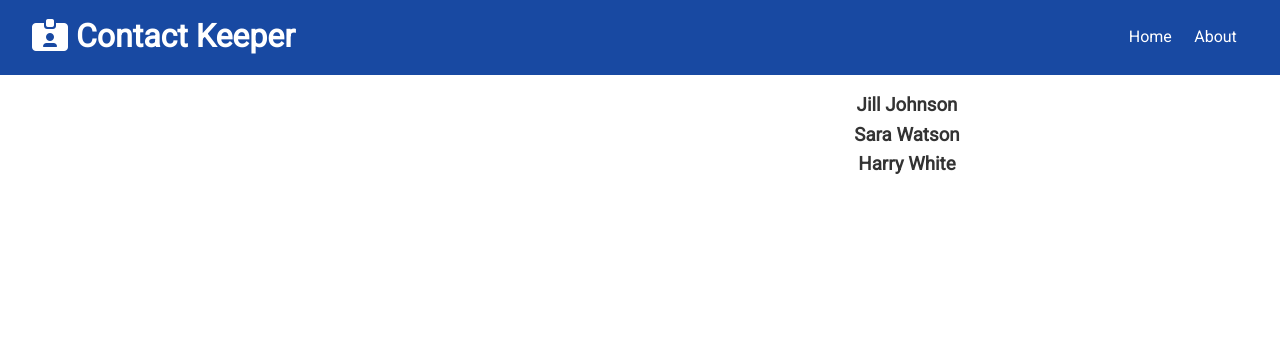
Repository: michaelm602623/contactKeeper
Page: / (app in client/)
These files come from the project's save history. The page is drawn as it stood at one moment and after a run of saves; the edit follows.
The browser window is 1280 px wide. The pictures show the whole page.
Some web libraries are served in a nearby version. The project was rebuilt for these pictures with package versions that can differ from the ones it lists, and the page was loaded fresh each time. A package was used in the major version that the imports need, not the one package.json lists. Also part of the build but not shown: client/src/components/pages/About.js.

Above is the page before, as saved 2019-11-21 11:53:12.

### client/public/index.html
<!DOCTYPE html>
<html lang="en">
  <head>
    <meta charset="utf-8" />
    <link rel="icon" href="%PUBLIC_URL%/favicon.ico" />
    <meta name="viewport" content="width=device-width, initial-scale=1" />
    <meta name="theme-color" content="#000000" />
    <meta
      name="description"
      content="Web site created using create-react-app"
    />
    <link rel="apple-touch-icon" href="logo192.png" />
    <script src="https://kit.fontawesome.com/cdce8a0938.js" crossorigin="anonymous"></script>
    <link rel="manifest" href="%PUBLIC_URL%/manifest.json" />

    <title>Contact-Keeper</title>
  </head>
  <body>
    <noscript>You need to enable JavaScript to run this app.</noscript>
    <div id="root"></div>
  </body>
</html>

### client/src/App.js
import React, { Fragment } from "react";
import { BrowserRouter as Router, Route, Switch } from "react-router-dom";
import Navbar from "./components/layout/Navbar";
import Home from "./components/pages/Home";
import About from "./components/pages/About";

import ContactState from "./context/contact/ContactState";
import "./App.css";

const App = () => {
  return (
    <ContactState>
      <Router>
        <Fragment>
          <Navbar />
          <div className='container'>
            <Switch>
              <Route exact path='/' component={Home} />
              <Route exact path='/about' component={About} />
            </Switch>
          </div>
        </Fragment>
      </Router>
    </ContactState>
  );
};

export default App;

### client/src/components/layout/Navbar.js
import React from "react";
import PropTypes from "prop-types";
import { Link } from "react-router-dom";

export const Navbar = ({ title, icon }) => {
  return (
    <div className='navbar bg-primary'>
      <h1>
        <i className={icon} /> {title}
      </h1>
      <ul>
        <li>
          <Link to='/'>Home</Link>
        </li>
        <li>
          <Link to='/about'>About</Link>
        </li>
      </ul>
    </div>
  );
};

Navbar.propTypes = {
  title: PropTypes.string.isRequired,
  icon: PropTypes.string
};

Navbar.defaultProps = {
  title: "Contact Keeper",
  icon: "fas fa-id-card-alt"
};

export default Navbar;

### client/src/components/pages/Home.js
import React from "react";
import Contacts from '../contacts/Contacts';

const Home = () => {
  return (
    <div className="grid-2">
      <div>
        {/* ContactForm */}
      </div>
      <div>
        <Contacts />
      </div>
    </div>
  );
};

export default Home;

### client/src/context/contact/ContactState.js
import React, { useReducer } from "react";
import uuid from "uuid";
import ContactContext from "./contactContext";
import contactReducer from "./contactReducer";
import {
  ADD_CONTACT,
  DELETE_CONTACT,
  SET_CURRENT,
  CLEAR_CURRENT,
  UPDATE_CONTACT,
  FILTER_CONTACTS,
  CLEAR_FILTER
} from "../types";

const ContactState = props => {
  const initialState = {
    contacts: [
      {
        id: 1,
        name: "Jill Johnson",
        email: "jill@gmail.com",
        phone: "111-111-1111",
        type: "personal"
      },
      {
        id: 2,
        name: "Sara Watson",
        email: "sara@gmail.com",
        phone: "222-222-2222",
        type: "personal"
      },
      {
        id: 3,
        name: "Harry White",
        email: "harry@gmail.com",
        phone: "333-333-3333",
        type: "professional"
      }
    ]
  };

  const [state, dispatch] = useReducer(contactReducer, initialState);

  //   Add Contact

  // Delete Contact

  // Set Current Contact

  // Clear Current Contact

  // Update Contact

  // Filter Contacts

  // Clear Filter

  return (
    <ContactContext.Provider
      value={{
        contacts: state.contacts
      }}
    >
      {props.children}
    </ContactContext.Provider>
  );
};

export default ContactState;

### client/src/App.css
@import url('https://fonts.googleapis.com/css?family=Roboto');



/* Global Styles */

:root {

  --primary-color: #003699;

  --dark-color: #333333;

  --light-color: #f4f4f4;

  --danger-color: #dc3545;

  --success-color: #28a745;

}



* {

  box-sizing: border-box;

  margin: 0;

  padding: 0;

}



body {

  font-family: 'Roboto', sans-serif;

  font-size: 1rem;

  line-height: 1.6;

  background-color: #fff;

  color: #333;

}



a {

  color: var(--primary-color);

  text-decoration: none;

}



a:hover {

  color: #666;

}



ul {

  list-style: none;

}



img {

  width: 100%;

}



/* Utilities */

.container {

  max-width: 1100px;

  margin: auto;

  overflow: hidden;

  padding: 0 2rem;

}



/* Text Styles*/

.x-large {

  font-size: 4rem;

  line-height: 1.2;

  margin-bottom: 1rem;

}



.large {

  font-size: 3rem;

  line-height: 1.2;

  margin-bottom: 1rem;

}



.lead {

  font-size: 1.5rem;

  margin-bottom: 1rem;

}



.text-center {

  text-align: center;

}



.text-primary {

  color: var(--primary-color);

}



.text-dark {

  color: var(--dark-color);

}



.text-center {

  text-align: center;

}



.text-right {

  text-align: right;

}



.text-left {

  text-align: left;

}



/* Cards */

.card {

  padding: 1rem;

  border: #ccc 1px dotted;

  margin: 0.7rem 0;

}



/* List */

.list {

  margin: 0.5rem 0;

}



.list li {

  padding-bottom: 0.3rem;

}



/* Padding */

.p {

  padding: 0.5rem;

}

.p-1 {

  padding: 1rem;

}

.p-2 {

  padding: 2rem;

}

.p-3 {

  padding: 3rem;

}

.py {

  padding: 0.5rem 0;

}

.py-1 {

  padding: 1rem 0;

}

.py-2 {

  padding: 2rem 0;

}

.py-3 {

  padding: 3rem 0;

}



/* Margin */

.m {

  margin: 0.5rem;

}

.m-1 {

  margin: 1rem;

}

.m-2 {

  margin: 2rem;

}

.m-3 {

  margin: 3rem;

}

.my {

  margin: 0.5rem 0;

}

.my-1 {

  margin: 1rem 0;

}

.my-2 {

  margin: 2rem 0;

}

.my-3 {

  margin: 3rem 0;

}



/* Grid */

.grid-2 {

  display: grid;

  grid-template-columns: repeat(2, 1fr);

  grid-gap: 2rem;

}



.grid-3 {

  display: grid;

  grid-template-columns: repeat(3, 1fr);

  grid-gap: 1rem;

}



.grid-4 {

  display: grid;

  grid-template-columns: repeat(4, 1fr);

  grid-gap: 2rem;

}



.grid-2-3 {

  display: grid;

  grid-template-columns: 2fr 3fr;

  grid-gap: 2rem;

}



.btn {

  display: inline-block;

  background: var(--light-color);

  color: #333;

  padding: 0.4rem 1.3rem;

  font-size: 1rem;

  border: none;

  cursor: pointer;

  margin-right: 0.5rem;

  transition: opacity 0.2s ease-in;

  outline: none;

}



.btn-link {

  background: none;

  padding: 0;

  margin: 0;

}



.btn-block {

  display: block;

  width: 100%;

}



.btn-sm {

  font-size: 0.8rem;

  padding: 0.3rem 1rem;

  margin-right: 0.2rem;

}



.badge {

  font-size: 0.8rem;

  padding: 0.2rem 0.7rem;

  text-align: center;

  margin: 0.3rem;

  background: var(--light-color);

  color: #333;

  border-radius: 5px;

}



.alert {

  padding: 0.7rem;

  margin: 1rem 0;

  opacity: 0.9;

  background: var(--light-color);

  color: #333;

}



.btn-primary,

.bg-primary,

.badge-primary,

.alert-primary {

  background: var(--primary-color);

  color: #fff;

}



.btn-light,

.bg-light,

.badge-light,

.alert-light {

  background: var(--light-color);

  color: #333;

}



.btn-dark,

.bg-dark,

.badge-dark,

.alert-dark {

  background: var(--dark-color);

  color: #fff;

}



.btn-danger,

.bg-danger,

.badge-danger,

.alert-danger {

  background: var(--danger-color);

  color: #fff;

}



.btn-success,

.bg-success,

.badge-success,

.alert-success {

  background: var(--success-color);

  color: #fff;

}



.btn-white,

.bg-white,

.badge-white,

.alert-white {

  background: #fff;

  color: #333;

  border: #ccc solid 1px;

}



.btn:hover {

  opacity: 0.8;

}



.bg-light,

.badge-light {

  border: #ccc solid 1px;

}



.round-img {

  border-radius: 50%;

}



/* Forms */

input {

  margin: 1.2rem 0;

}



.form-text {

  display: block;

  margin-top: 0.3rem;

  color: #888;

}



input[type='text'],

input[type='email'],

input[type='password'],

input[type='date'],

select,

textarea {

  display: block;

  width: 100%;

  padding: 0.4rem;

  font-size: 1.2rem;

  border: 1px solid #ccc;

}



input[type='submit'],

button {

  font: inherit;

}



.form-group {

  margin: 1.2rem 0;

}



.form-group input {

  margin: 0.2rem 0;

}



.form-container {

  max-width: 500px;

  margin: 2rem auto;

  overflow: hidden;

  padding: 0 2rem;

}



.form-container h1,

h2,

h3 {

  text-align: center;

}



table th,

table td {

  padding: 1rem;

  text-align: left;

}



table th {

  background: var(--light-color);

}



/* Navbar */

.navbar {

  display: flex;

  justify-content: space-between;

  align-items: center;

  padding: 0.7rem 2rem;

  z-index: 1;

  width: 100%;

  border-bottom: solid 1px var(--primary-color);

  opacity: 0.9;

  margin-bottom: 1rem;

}



.navbar ul {

  display: flex;

}



.navbar a {

  color: #fff;

  padding: 0.45rem;

  margin: 0 0.25rem;

}



.navbar a:hover {

  color: var(--light-color);

}



.navbar .welcome span {

  margin-right: 0.6rem;

}



/* Animation (Add After) */

.item-enter {

  opacity: 0;

}

.item-enter-active {

  opacity: 1;

  transition: opacity 1000ms ease-in;

}

.item-exit {

  opacity: 1;

}

.item-exit-active {

  opacity: 0;

  transition: opacity 1000ms ease-in;

}



/* Mobile Styles */

@media (max-width: 700px) {

  .hide-sm {

    display: none;

  }



  .grid-2,

  .grid-3,

  .grid-4 {

    grid-template-columns: 1fr;

  }



  /* Text Styles */

  .x-large {

    font-size: 3rem;

  }



  .large {

    font-size: 2rem;

  }



  .lead {

    font-size: 1rem;

  }



  /* Navbar */

  .navbar {

    display: block;

    text-align: center;

  }



  .navbar h1 {

    margin-bottom: 0.6rem;

  }



  .navbar ul {

    text-align: center;

    justify-content: center;

  }

}

### client/src/components/contacts/Contacts.js
import React, { Fragment, useContext } from "react";
import ContactContext from "../../context/contact/contactContext";

const Contacts = () => {
  const contactContext = useContext(ContactContext);

  const { contacts } = contactContext;

  return (
    <Fragment>
      {contacts.map(contact => (
        <h3>{contact.name}</h3>
      ))}
    </Fragment>
  );
};

export default Contacts;

### client/src/context/types.js
export const GET_CONTACTS = "GET_CONTACTS";
export const ADD_CONTACT = "ADD_CONTACT";
export const DELETE_CONTACT = "DELETE_CONTACT";
export const SET_CURRENT = "SET_CURRENT";
export const CLEAR_CURRENT = "CLEAR_CURRENT";
export const UPDATE_CONTACT = "UPDATE_CONTACT";
export const FILTER_CONTACTS = "FILTER_CONTACTS";
export const CLEAR_CONTACTS = "CLEAR_CONTACTS";
export const CLEAR_FILTER = "CLEAR_FILTER";
export const CONTACT_ERROR = "CONTACT_ERROR";
export const SET_ALERT = "SET_ALERT";
export const REMOVE_ALERT = "REMOVE_ALERT";
export const REGISTER_SUCCESS = "REGISTER_SUCCESS";
export const REGISTER_FAIL = "REGISTER_FAIL";
export const USER_LOADED = "USER_LOADED";
export const AUTH_ERROR = "AUTH_ERROR";
export const LOGIN_SUCCESS = "LOGIN_SUCCESS";
export const LOGIN_FAIL = "LOGIN_FAIL";
export const LOGOUT = "LOGOUT";
export const CLEAR_ERRORS = "CLEAR_ERRORS";

### client/src/components/contacts/ContactItem.js
import React from "react";

const ContactItem = ({ contact }) => {
  return (
    <div className='card bg-light'>
      <h3 className='text-primary text-left'>
        {name}
        {""}{" "}
        <span
          className={
            "badge " +
            (type === "professional" ? "badge-success" : "badge-primary")
          }
        >
          {type}
        </span>
      </h3>
    </div>
  );
};

export default ContactItem;

Loaded but not shown: client/src/index.js (common file); client/src/context/contact/contactContext.js (common file); client/src/context/contact/contactReducer.js (no stored copy; drawn as an empty file)

After the next 2 saves:
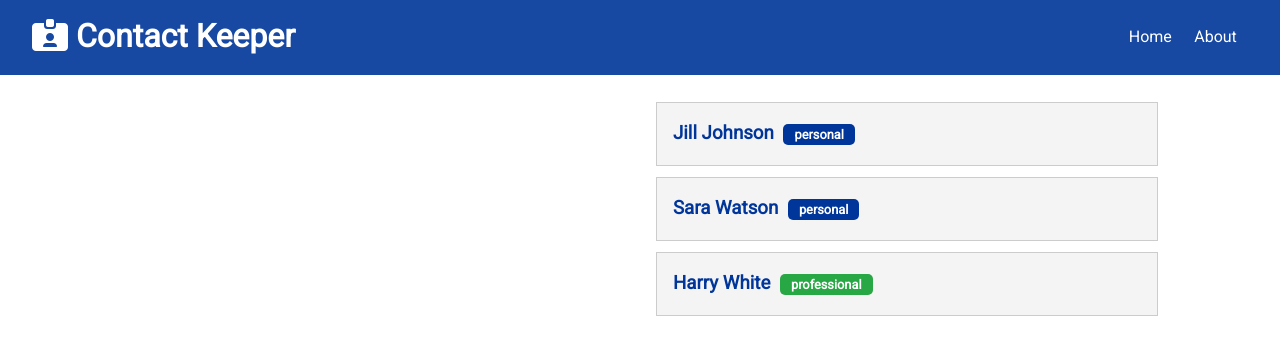
The 2 saves are shown as one change because 1 did not build or start.
The last was saved 4 min 55 s later.
--- a/client/src/components/contacts/Contacts.js
+++ b/client/src/components/contacts/Contacts.js
@@ -1,4 +1,5 @@
 import React, { Fragment, useContext } from "react";
+import ContactItem from './ContactItem';
 import ContactContext from "../../context/contact/contactContext";
 
 const Contacts = () => {
@@ -9,7 +10,7 @@
   return (
     <Fragment>
       {contacts.map(contact => (
-        <h3>{contact.name}</h3>
+        <ContactItem key={contact.id} contact={contact} />
       ))}
     </Fragment>
   );
--- a/client/src/components/contacts/ContactItem.js
+++ b/client/src/components/contacts/ContactItem.js
@@ -1,11 +1,11 @@
 import React from "react";
 
 const ContactItem = ({ contact }) => {
+    const { id, name, email, phone, type } = contact;
   return (
     <div className='card bg-light'>
       <h3 className='text-primary text-left'>
-        {name}
-        {""}{" "}
+        {name}{" "}
         <span
           className={
             "badge " +
